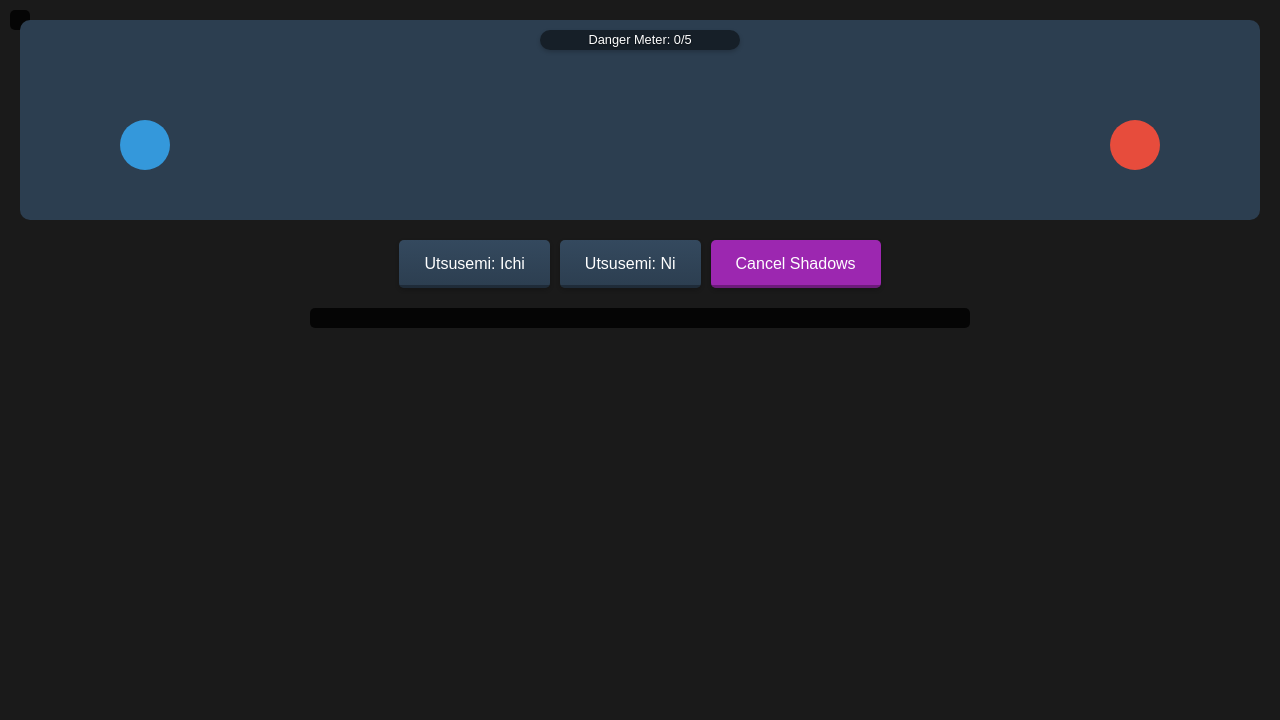
Repository: Rosoe/Rosoe-Portfolio
Page: static/utsusemi-game/index.html
An editor plug-in stored every save of this project. The page is shown before and after the next save, followed by the edit.
The browser window is 1280 px wide. The pictures show the whole page.

Above is the page before, as saved 2024-12-06 15:23:56.
Console error: ReferenceError: ShopSystem is not defined

### static/utsusemi-game/index.html
<!DOCTYPE html>
<html lang="en">
<head>
    <meta charset="UTF-8">
    <title>FFXI: Utsusemi Game!</title>
    <link rel="stylesheet" href="css/styles.css">
</head>
<body>
    <div class="status" id="status"></div>
    <div class="battle-scene">
        <div class="danger-meter">
            <div class="danger-text">Danger Meter: 0/5</div>
            <div class="danger-fill"></div>
        </div>
        <div class="player" id="player"></div>
        <div class="mob" id="mob"></div>
    </div>
    <div class="game-over" id="gameOver">
        <div class="game-over-content">
            <h2>Game Over!</h2>
            <p>You were hit 5 times in a row!</p>
            <p>Final Score: <span id="finalScore">0</span></p>
            <button class="restart-button" onclick="game.restart()">Try Again</button>
        </div>
    </div>
    <div class="gameplay-container">
        <div class="spell-buttons">
            <div class="spell-button" id="ichiBtn" data-spell="ichi">Utsusemi: Ichi<div class="cooldown-overlay"></div><div class="cast-bar"><div class="cast-progress"></div></div></div>
            <div class="spell-button" id="niBtn" data-spell="ni">Utsusemi: Ni<div class="cooldown-overlay"></div><div class="cast-bar"><div class="cast-progress"></div></div></div>
            <div class="spell-button" id="sanBtn" data-spell="san" style="display:none;background:#E91E63">Utsusemi: San<div class="cooldown-overlay"></div><div class="cast-bar"><div class="cast-progress"></div></div></div>
            <div class="spell-button" id="kurayamiBtn" data-spell="kurayami" style="display:none">Kurayami: Ichi<div class="cooldown-overlay"></div><div class="cast-bar"><div class="cast-progress"></div></div></div>
            <div class="spell-button" id="hojoBtn" data-spell="hojo" style="display:none">Hojo: Ichi (4s)<div class="cooldown-overlay"></div><div class="cast-bar"><div class="cast-progress"></div></div></div>
            <div class="spell-button" id="jubakuBtn" data-spell="jubaku" style="display:none;background:#795548">Jubaku: Ichi<div class="cooldown-overlay"></div><div class="cast-bar"><div class="cast-progress"></div></div></div>
            <div class="spell-button" id="cancelBtn" style="background:#9C27B0">Cancel Shadows<div class="cast-bar"><div class="cast-progress"></div></div></div>
        </div>
        <div id="log" class="hits"></div>
    </div>
    <div class="auction-house" id="auctionHouse">
        <h2>Auction House</h2>
        <div class="shop-item">
            <span>Emperor's Hairpin (Evasion +10)</span>
            <button onclick="game.buyItem('hairpin', 40)">Buy - 40 gil</button>
        </div>
        <div class="shop-item">
            <span>Speed Belt (+6% Haste)</span>
            <button onclick="game.buyItem('belt', 80)">Buy - 80 gil</button>
        </div>
        <div class="shop-item">
            <span>Scroll of Utsusemi: San</span>
            <button onclick="game.buyItem('san', 140)">Buy - 140 gil</button>
        </div>
    </div>

    <script src="js/config.js"></script>
    <script src="js/state.js"></script>
    <script src="js/ui.js"></script>
    <script src="js/spells.js"></script>
    <script src="js/combat.js"></script>
    <script src="js/shop.js"></script>
    <script src="js/game.js"></script>
</body>
</html>

### static/utsusemi-game/css/styles.css
body {
    margin: 0;
    padding: 20px;
    font-family: Arial, sans-serif;
    background: #1a1a1a;
    color: white;
}

.battle-scene {
    position: relative;
    width: 100%;
    height: 200px;
    background: #2c3e50;
    margin-bottom: 20px;
    overflow: hidden;
    border-radius: 10px;
}

.player, .mob {
    position: absolute;
    width: 50px;
    height: 50px;
    bottom: 50px;
    border-radius: 50%;
}

.player {
    left: 100px;
    background: #3498db;
}

.mob {
    right: 100px;
    background: #e74c3c;
    transition: transform 0.5s;
}

.mob.attacking {
    transform: translateX(-50px);
}

.shadow {
    position: absolute;
    width: 100%;
    height: 100%;
    background: rgba(52, 152, 219, 0.3);
    animation: shadowPulse 2s infinite;
    border-radius: 50%;
}

@keyframes shadowPulse {
    0% { transform: scale(1); opacity: 0.3; }
    50% { transform: scale(1.2); opacity: 0.15; }
    100% { transform: scale(1); opacity: 0.3; }
}

@keyframes damageFlash {
    0% { background: #2c3e50; }
    50% { background: #c0392b; }
    100% { background: #2c3e50; }
}

.gameplay-container {
    max-width: 800px;
    margin: 0 auto;
}

.spell-buttons {
    display: flex;
    justify-content: center;
    gap: 10px;
    margin-bottom: 20px;
    flex-wrap: wrap;
}

.spell-button {
    position: relative;
    padding: 15px 25px;
    background: linear-gradient(to bottom, #34495e, #2c3e50);
    color: white;
    border: none;
    border-radius: 5px;
    cursor: pointer;
    overflow: hidden;
    user-select: none;
    transition: background 0.3s;
    box-shadow: 0 2px 4px rgba(0, 0, 0, 0.2);
}

.spell-button:hover {
    background: linear-gradient(to bottom, #2c3e50, #243342);
}

.spell-button.casting {
    background: linear-gradient(to bottom, #27ae60, #219a52);
}

.spell-button.on-cooldown {
    background: linear-gradient(to bottom, #7f8c8d, #6c7a7a);
    cursor: not-allowed;
}

.cast-bar {
    position: absolute;
    bottom: 0;
    left: 0;
    width: 100%;
    height: 3px;
    background: rgba(0, 0, 0, 0.3);
}

.cast-progress {
    height: 100%;
    width: 0;
    background: #e74c3c;
    transition: width 0.1s linear;
}

.cooldown-overlay {
    position: absolute;
    top: 0;
    left: 0;
    width: 100%;
    height: 100%;
    background: rgba(0, 0, 0, 0.7);
    color: white;
    display: none;
    justify-content: center;
    align-items: center;
    font-size: 1.2em;
}

.status {
    position: fixed;
    top: 10px;
    left: 10px;
    background: rgba(0, 0, 0, 0.8);
    color: white;
    padding: 10px;
    border-radius: 5px;
}

.hits {
    max-height: 200px;
    overflow-y: auto;
    padding: 10px;
    background: rgba(0, 0, 0, 0.8);
    color: white;
    border-radius: 5px;
    margin: 0 auto;
    width: 80%;
}

.gil-gain {
    color: #f1c40f;
}

.game-over {
    display: none;
    position: fixed;
    top: 0;
    left: 0;
    width: 100%;
    height: 100%;
    background: rgba(0, 0, 0, 0.8);
    justify-content: center;
    align-items: center;
    z-index: 1000;
}

.game-over-content {
    background: linear-gradient(to bottom, #34495e, #2c3e50);
    padding: 30px;
    border-radius: 10px;
    text-align: center;
    color: white;
    box-shadow: 0 4px 8px rgba(0, 0, 0, 0.3);
}

.restart-button {
    padding: 10px 20px;
    background: linear-gradient(to bottom, #e74c3c, #c0392b);
    color: white;
    border: none;
    border-radius: 5px;
    cursor: pointer;
    font-size: 1.1em;
    transition: background 0.3s;
    box-shadow: 0 2px 4px rgba(0, 0, 0, 0.2);
}

.restart-button:hover {
    background: linear-gradient(to bottom, #c0392b, #a93226);
}

.danger-meter {
    position: absolute;
    top: 10px;
    left: 50%;
    transform: translateX(-50%);
    width: 200px;
    height: 20px;
    background: rgba(0, 0, 0, 0.5);
    border-radius: 10px;
    overflow: hidden;
    box-shadow: 0 2px 4px rgba(0, 0, 0, 0.2);
}

.danger-fill {
    width: 0%;
    height: 100%;
    background: linear-gradient(to right, #e74c3c, #c0392b);
    transition: width 0.3s;
}

.danger-text {
    position: absolute;
    width: 100%;
    text-align: center;
    color: white;
    font-size: 0.8em;
    line-height: 20px;
    z-index: 1;
    text-shadow: 0 1px 2px rgba(0, 0, 0, 0.5);
}

.auction-house {
    display: none;
    position: fixed;
    top: 50%;
    right: 20px;
    transform: translateY(-50%);
    background: rgba(0, 0, 0, 0.8);
    padding: 20px;
    border-radius: 5px;
    color: white;
    box-shadow: 0 4px 8px rgba(0, 0, 0, 0.3);
}

.shop-item {
    margin: 10px 0;
    display: flex;
    justify-content: space-between;
    align-items: center;
    gap: 10px;
}

.shop-item button {
    padding: 5px 10px;
    background: linear-gradient(to bottom, #3498db, #2980b9);
    color: white;
    border: none;
    border-radius: 3px;
    cursor: pointer;
    box-shadow: 0 1px 3px rgba(0, 0, 0, 0.2);
}

.shop-item button:disabled {
    background: linear-gradient(to bottom, #7f8c8d, #6c7a7a);
    cursor: not-allowed;
}

### static/utsusemi-game/js/config.js
const CONFIG = {
    spells: {
        ichi: {
            castTime: 4000,
            cooldown: 30000,
            shadows: 3
        },
        ni: {
            castTime: 1500,
            cooldown: 40000,
            shadows: 4
        },
        san: {
            castTime: 500,
            cooldown: 60000,
            shadows: 5
        },
        kurayami: {
            castTime: 4000,
            cooldown: 30000,
            duration: 60000,
            missBonus: 0.15
        },
        hojo: {
            castTime: 4000,
            cooldown: 30000,
            shortDuration: 30000,
            longDuration: 60000,
            speedPenalty: 0.15
        },
        jubaku: {
            castTime: 4000,
            cooldown: 30000,
            shortDuration: 30000,
            longDuration: 60000,
            failChance: 0.20
        }
    },
    baseEvade: 0.05,
    mobAttackInterval: 3750,
    unlockThreshold: 20,
    hojoThreshold: 29,
    speedReduction: 0.06,
    dangerMeterMax: 5,
    comboMilestone: 10,
    shopUnlockGil: 10,
    items: {
        hairpin: {
            cost: 40,
            evadeBonus: 0.10
        },
        belt: {
            cost: 80,
            speedReduction: 0.06
        },
        san: {
            cost: 140
        }
    }
};

### static/utsusemi-game/js/state.js
class GameState {
    constructor() {
        this.reset();
    }

    reset() {
        this.cancelClicks = 0;
        this.running = false;
        this.time = 0;
        this.shadows = 0;
        this.shadowType = '-';
        this.gil = 0;
        this.currentCombo = 0;
        this.highestCombo = 0;
        this.lastComboReward = 0;
        this.consecutiveHits = 0;
        this.shopUnlocked = false;

        this.inventory = {
            hairpin: false,
            belt: false,
            san: false
        };

        this.stats = {
            blocked: 0,
            evaded: 0,
            taken: 0
        };

        this.spells = {
            ichi: {},
            ni: {},
            kurayami: {},
            hojo: {},
            jubaku: {}
        };

        this.effects = {
            blind: {
                active: false,
                endTime: 0
            },
            slow: {
                active: false,
                endTime: 0,
                value: 0
            },
            paralysis: {
                active: false,
                endTime: 0
            }
        };
    }

    incrementCancelClicks() {
        this.cancelClicks++;
        return this.cancelClicks;
    }

    resetCancelClicks() {
        this.cancelClicks = 0;
    }

    addGil(amount) {
        this.gil += amount;
        if (!this.shopUnlocked && this.gil >= CONFIG.shopUnlockGil) {
            this.shopUnlocked = true;
            return true; // Indicates shop was just unlocked
        }
        return false;
    }

    incrementCombo() {
        this.currentCombo++;
        if (this.currentCombo > this.highestCombo) {
            this.highestCombo = this.currentCombo;
        }
        return Math.floor(this.currentCombo / CONFIG.comboMilestone) * CONFIG.comboMilestone;
    }

    resetCombo() {
        this.currentCombo = 0;
        this.lastComboReward = 0;
    }

    updateShadows(amount, type) {
        this.shadows = amount;
        this.shadowType = type;
    }

    canOverwriteShadows(newType) {
        if (this.shadows === 0) return true;
        if (this.shadowType === 'san') return newType === 'san';
        if (this.shadowType === 'ni') return newType === 'san';
        return true;
    }

    removeShadow() {
        if (this.shadows > 0) {
            this.shadows--;
            return true;
        }
        return false;
    }

    clearShadows() {
        this.shadows = 0;
        this.shadowType = '-';
    }

    addSpellState(type, state) {
        this.spells[type] = state;
    }

    clearSpellState(type) {
        this.spells[type] = {};
    }

    isSpellCasting() {
        return Object.values(this.spells).some(spell => spell.casting);
    }

    isSpellOnCooldown(type) {
        return this.spells[type].onCooldown;
    }

    addEffect(type, duration) {
        this.effects[type] = {
            active: true,
            endTime: Date.now() + duration
        };
        if (type === 'slow') {
            this.effects.slow.value = CONFIG.spells.hojo.speedPenalty;
        }
    }

    checkEffects() {
        Object.entries(this.effects).forEach(([effect, state]) => {
            if (state.active && Date.now() > state.endTime) {
                state.active = false;
                if (effect === 'slow') {
                    state.value = 0;
                }
            }
        });
    }

    incrementHits() {
        this.consecutiveHits++;
        return this.consecutiveHits;
    }

    resetHits() {
        this.consecutiveHits = 0;
    }

    addStat(type) {
        this.stats[type]++;
    }

    purchaseItem(item) {
        if (this.gil >= CONFIG.items[item].cost && !this.inventory[item]) {
            this.gil -= CONFIG.items[item].cost;
            this.inventory[item] = true;
            return true;
        }
        return false;
    }
}

### static/utsusemi-game/js/game.js
class Game {
    constructor() {
        // Initialize core systems
        this.state = new GameState();
        this.ui = new GameUI();
        this.spells = new SpellSystem(this.state, this.ui);
        this.combat = new CombatSystem(this.state, this.ui, this.spells);
        this.shop = new ShopSystem(this.state, this.ui);

        this.lastFrame = null;
        this.startTime = null;

        // Bind event handlers
        this.bindEvents();
    }

    bindEvents() {
        // Bind spell buttons
        document.querySelectorAll('[data-spell]').forEach(btn => {
            btn.addEventListener('click', () => this.castSpell(btn.dataset.spell));
        });

        // Bind cancel shadows button
        document.getElementById('cancelBtn').addEventListener('click', () => {
            if (!this.state.running) this.start();
            this.combat.cancelShadows();
        });
    }

    start() {
        if (!this.state.running) {
            this.state.running = true;
            this.lastFrame = performance.now();
            requestAnimationFrame(this.gameLoop.bind(this));
            this.combat.startMobAttacks();
        }
    }

    gameLoop(timestamp) {
        if (!this.state.running) return;

        // Initialize start time on first frame
        if (!this.startTime) this.startTime = timestamp;
        this.state.time = (timestamp - this.startTime) / 1000;

        // Check status effects
        this.state.checkEffects();

        // Check for spell unlocks based on total avoided attacks
        const totalAvoided = this.state.stats.blocked + this.state.stats.evaded;

        ['kurayami', 'hojo', 'jubaku'].forEach(spell => {
            const threshold = spell === 'kurayami' ? CONFIG.unlockThreshold :
                            spell === 'hojo' ? CONFIG.hojoThreshold : 70;

            if (totalAvoided >= threshold) {
                const btnId = `${spell}Btn`;
                this.ui.unlockSpell(btnId);
            }
        });

        // Update spell cast bars
        this.spells.updateCastBars(timestamp);

        // Update UI
        this.updateUI();

        // Continue game loop
        requestAnimationFrame(this.gameLoop.bind(this));
    }

    castSpell(type) {
        if (!this.state.running) this.start();
        this.spells.cast(type);
    }

    buyItem(item, cost) {
        return this.shop.buyItem(item, cost);
    }

    updateUI() {
        this.ui.updateShadowDisplay(this.state.shadows);
        this.ui.updateCancelButton(this.state.shadows > 0);
        this.ui.updateStatusDisplay(this.state);
    }

    restart() {
        // Stop all systems
        this.combat.stopMobAttacks();
        this.spells.clearAllTimers();

        // Reset state
        this.state.reset();
        this.startTime = null;

        // Reset UI
        this.ui.hideGameOver();
        this.ui.hideShop();
        this.ui.resetDangerMeter();
        this.shop.reset();

        // Reset unlockable buttons display
        ['sanBtn', 'kurayamiBtn', 'hojoBtn', 'jubakuBtn'].forEach(id => {
            document.getElementById(id).style.display = 'none';
        });

        // Update UI with reset state
        this.updateUI();
        this.ui.log('Game restarted! Cast a spell to begin!', 0);
    }
}

// Initialize game
const game = new Game();

Loaded but not shown: static/utsusemi-game/js/spells.js (165 lines, source omitted); static/utsusemi-game/js/ui.js (154 lines, source omitted); static/utsusemi-game/js/combat.js (137 lines, source omitted); static/utsusemi-game/js/shop.js (no copy from this time; the picture is the same without it)

After the next save:
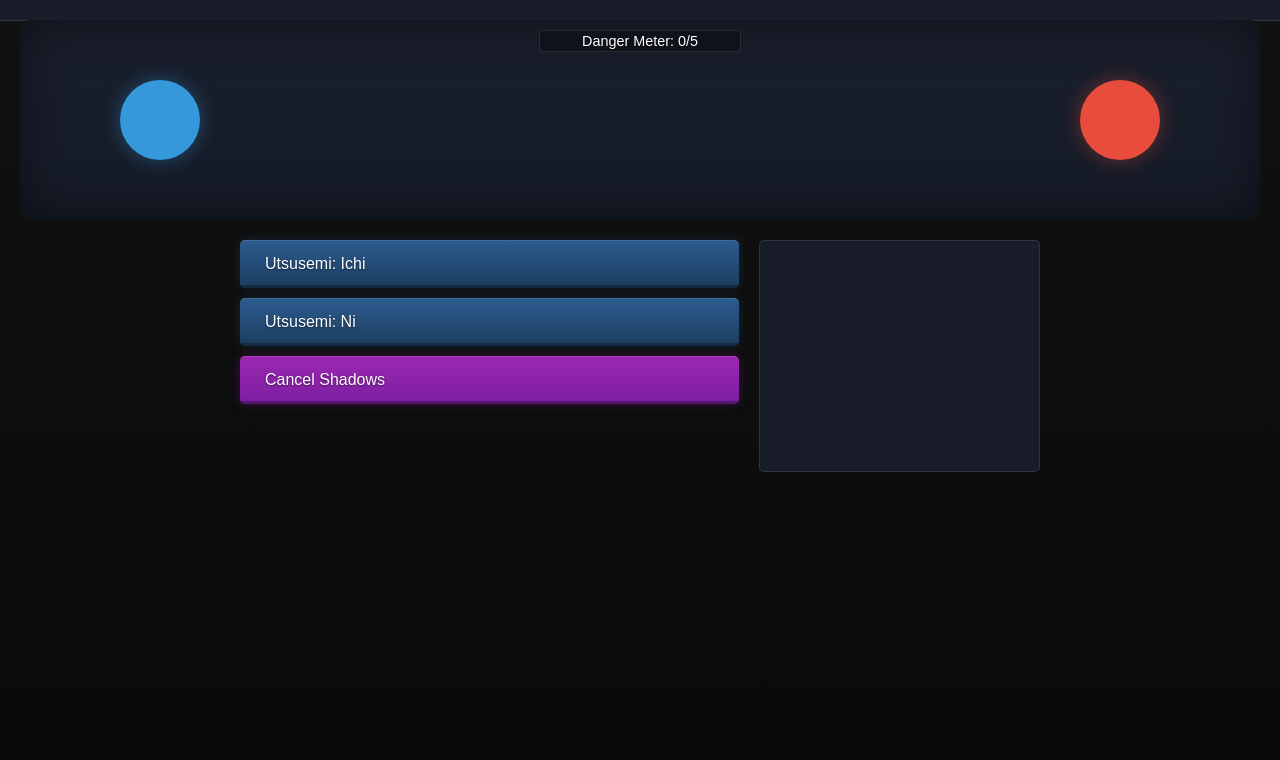
Saved 4 min 19 s later.
--- a/static/utsusemi-game/css/styles.css
+++ b/static/utsusemi-game/css/styles.css
@@ -2,36 +2,43 @@ body {
     margin: 0;
     padding: 20px;
     font-family: Arial, sans-serif;
-    background: #1a1a1a;
-    color: white;
+    background: #111;
+    background-image: linear-gradient(to bottom, #111 0%, #0a0a0a 100%);
+    color: white;
+    min-height: 100vh;
 }
 
 .battle-scene {
     position: relative;
     width: 100%;
     height: 200px;
-    background: #2c3e50;
+    background: #1a1f2c;
+    background-image: linear-gradient(to bottom, #1a1f2c 0%, #151b27 100%);
     margin-bottom: 20px;
     overflow: hidden;
     border-radius: 10px;
+    box-shadow: inset 0 0 50px rgba(0,0,0,0.5);
 }
 
 .player, .mob {
     position: absolute;
-    width: 50px;
-    height: 50px;
-    bottom: 50px;
+    width: 80px;
+    height: 80px;
+    bottom: 60px;
     border-radius: 50%;
+    box-shadow: 0 0 20px rgba(0,0,0,0.3);
 }
 
 .player {
     left: 100px;
     background: #3498db;
+    box-shadow: 0 0 20px rgba(52,152,219,0.4);
 }
 
 .mob {
     right: 100px;
     background: #e74c3c;
+    box-shadow: 0 0 20px rgba(231,76,60,0.4);
     transition: transform 0.5s;
 }
 
@@ -55,40 +62,48 @@ body {
 }
 
 @keyframes damageFlash {
-    0% { background: #2c3e50; }
+    0% { background: #1a1f2c; }
     50% { background: #c0392b; }
-    100% { background: #2c3e50; }
+    100% { background: #1a1f2c; }
 }
 
 .gameplay-container {
     max-width: 800px;
     margin: 0 auto;
+    display: flex;
+    gap: 20px;
 }
 
 .spell-buttons {
-    display: flex;
-    justify-content: center;
+    flex: 2;
+    display: flex;
+    flex-direction: column;
     gap: 10px;
-    margin-bottom: 20px;
-    flex-wrap: wrap;
 }
 
 .spell-button {
     position: relative;
     padding: 15px 25px;
-    background: linear-gradient(to bottom, #34495e, #2c3e50);
+    background: linear-gradient(to bottom, #2c5c8f 0%, #1c3c5f 100%);
     color: white;
     border: none;
     border-radius: 5px;
     cursor: pointer;
     overflow: hidden;
     user-select: none;
-    transition: background 0.3s;
-    box-shadow: 0 2px 4px rgba(0, 0, 0, 0.2);
+    transition: all 0.3s;
+    box-shadow: 0 0 10px rgba(44,92,143,0.3), inset 0 1px rgba(255,255,255,0.1);
+    text-shadow: 0 1px 2px rgba(0,0,0,0.5);
 }
 
 .spell-button:hover {
-    background: linear-gradient(to bottom, #2c3e50, #243342);
+    background: linear-gradient(to bottom, #336699 0%, #1c3c5f 100%);
+    box-shadow: 0 0 15px rgba(44,92,143,0.5), inset 0 1px rgba(255,255,255,0.1);
+}
+
+.spell-button[style*="background:#9C27B0"] {
+    background: linear-gradient(to bottom, #9C27B0 0%, #7B1FA2 100%) !important;
+    box-shadow: 0 0 10px rgba(156,39,176,0.3), inset 0 1px rgba(255,255,255,0.1);
 }
 
 .spell-button.casting {
@@ -98,6 +113,7 @@ body {
 .spell-button.on-cooldown {
     background: linear-gradient(to bottom, #7f8c8d, #6c7a7a);
     cursor: not-allowed;
+    box-shadow: none;
 }
 
 .cast-bar {
@@ -132,23 +148,30 @@ body {
 
 .status {
     position: fixed;
-    top: 10px;
-    left: 10px;
-    background: rgba(0, 0, 0, 0.8);
-    color: white;
-    padding: 10px;
-    border-radius: 5px;
+    top: 0;
+    left: 0;
+    right: 0;
+    background: rgba(26, 31, 44, 0.95);
+    color: white;
+    padding: 10px 20px;
+    display: flex;
+    justify-content: space-between;
+    align-items: center;
+    border-bottom: 1px solid rgba(255,255,255,0.1);
 }
 
 .hits {
-    max-height: 200px;
+    flex: 1;
+    height: 200px;
     overflow-y: auto;
-    padding: 10px;
-    background: rgba(0, 0, 0, 0.8);
-    color: white;
-    border-radius: 5px;
-    margin: 0 auto;
-    width: 80%;
+    padding: 15px;
+    background: rgba(26, 31, 44, 0.95);
+    color: #a0a0a0;
+    border-radius: 5px;
+    font-family: 'Courier New', monospace;
+    font-size: 14px;
+    line-height: 1.4;
+    border: 1px solid rgba(255,255,255,0.1);
 }
 
 .gil-gain {
@@ -169,12 +192,12 @@ body {
 }
 
 .game-over-content {
-    background: linear-gradient(to bottom, #34495e, #2c3e50);
+    background: linear-gradient(to bottom, #1a1f2c, #151b27);
     padding: 30px;
     border-radius: 10px;
     text-align: center;
     color: white;
-    box-shadow: 0 4px 8px rgba(0, 0, 0, 0.3);
+    box-shadow: 0 0 30px rgba(0,0,0,0.5);
 }
 
 .restart-button {
@@ -185,12 +208,13 @@ body {
     border-radius: 5px;
     cursor: pointer;
     font-size: 1.1em;
-    transition: background 0.3s;
-    box-shadow: 0 2px 4px rgba(0, 0, 0, 0.2);
+    transition: all 0.3s;
+    box-shadow: 0 0 10px rgba(231,76,60,0.3);
 }
 
 .restart-button:hover {
     background: linear-gradient(to bottom, #c0392b, #a93226);
+    box-shadow: 0 0 15px rgba(231,76,60,0.5);
 }
 
 .danger-meter {
@@ -200,10 +224,10 @@ body {
     transform: translateX(-50%);
     width: 200px;
     height: 20px;
-    background: rgba(0, 0, 0, 0.5);
-    border-radius: 10px;
+    background: rgba(0, 0, 0, 0.3);
+    border: 1px solid rgba(255,255,255,0.1);
+    border-radius: 3px;
     overflow: hidden;
-    box-shadow: 0 2px 4px rgba(0, 0, 0, 0.2);
 }
 
 .danger-fill {
@@ -218,10 +242,10 @@ body {
     width: 100%;
     text-align: center;
     color: white;
-    font-size: 0.8em;
+    font-size: 0.9em;
     line-height: 20px;
     z-index: 1;
-    text-shadow: 0 1px 2px rgba(0, 0, 0, 0.5);
+    text-shadow: 0 1px 2px rgba(0,0,0,0.5);
 }
 
 .auction-house {
@@ -230,11 +254,11 @@ body {
     top: 50%;
     right: 20px;
     transform: translateY(-50%);
-    background: rgba(0, 0, 0, 0.8);
+    background: rgba(26, 31, 44, 0.95);
     padding: 20px;
     border-radius: 5px;
     color: white;
-    box-shadow: 0 4px 8px rgba(0, 0, 0, 0.3);
+    border: 1px solid rgba(255,255,255,0.1);
 }
 
 .shop-item {
@@ -252,10 +276,11 @@ body {
     border: none;
     border-radius: 3px;
     cursor: pointer;
-    box-shadow: 0 1px 3px rgba(0, 0, 0, 0.2);
+    box-shadow: 0 0 10px rgba(52,152,219,0.2);
 }
 
 .shop-item button:disabled {
     background: linear-gradient(to bottom, #7f8c8d, #6c7a7a);
     cursor: not-allowed;
-}
+    box-shadow: none;
+}
